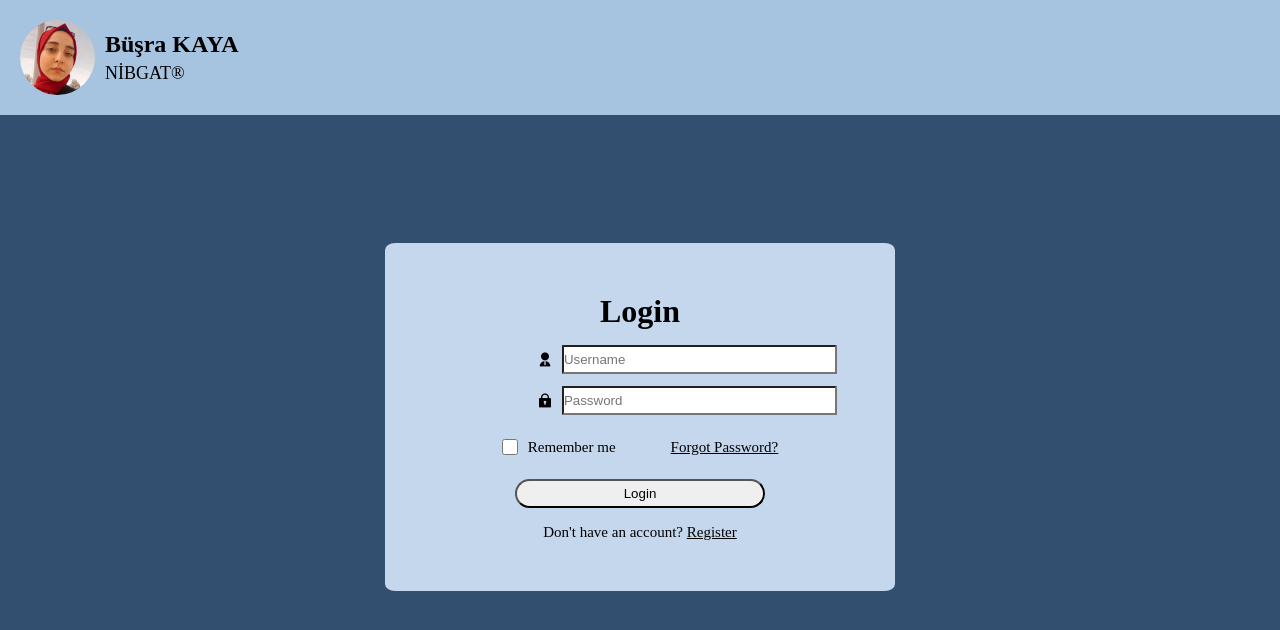
Repository: busra-kayaa/LoginPage
Page: login.html
These files come from the project's save history. The page is drawn as it stood at one moment and after the next save; the edit follows.
The browser window is 1280 px wide. The pictures show the whole page.

Above is the page before, as saved 2024-01-05 18:22:18.

### login.html
<!DOCTYPE html>
<html>
    <head>
        <meta name="author" content="Büşra Kaya"/>
        <title>Login Page</title>
        <link
            rel="stylesheet"
            href="./style.css"
            type="text/css"
        />
        <link
            rel="stylesheet"
            href="https://cdnjs.cloudflare.com/ajax/libs/remixicon/3.5.0/remixicon.css"
            crossorigin=""
        />  <!--Remixicon ikon kitaplığını bağlamak için bir stil dosyasını içerir.-->

    </head>
    <body>
        <div class="header-container">
            <div
                class="header-left-side-container"
            >
                <img
                    src="./busra.jpg"
                    height="75px"
                    width="75px"
                    class="logo"
                />
                <div class="header-desc-container">
                    <span class="header-title">
                        Büşra KAYA
                    </span>
                    <span class="header-content">
                        NİBGAT®
                    </span>
                </div>
            </div>
        </div>
        <div class="login-from-container">
            <div class ="login-text"><h1>Login</h1></div>
            <div class="input-group1">
                <i class="ri-user-2-fill"></i>
                <input
                    type="text"
                    placeholder="Username"
                    class="input-text"
                    autocomplete="off"
                />
            </div>
            <div class="input-group2">
                <i class="ri-lock-2-fill"></i>
                <input
                    type="password"
                    placeholder="Password"
                    class="input-text"
                    autocomplete="off"
                />
            </div>
            <div class="login__check">
                <div class="login__check-box">
                   <input type="checkbox" class="login__check-input" id="user-check">
                   <label for="user-check" class="login__check-label">Remember me</label>
                </div>

                <a href="#" target="_blank" class="login__forgot">Forgot Password?</a>
             </div>

             <button onclick="alert('Başarıyla Giriş Yaptınız.')" type="submit" class="login__button">Login</button>

             <div class="login__register">
                Don't have an account? <a href="#"  target="_blank">Register</a>
             </div>
        </div>
    </body>
</html>

### style.css

* {
    padding: 0;
    margin: 0;
}

body {
    background-color: #334F70;
}

.header-container {
    justify-content: space-between;
    background-color: #A6C4E0;
    flex-direction: row;
    align-items: center;
    padding: 20px;
    display: flex;
    margin-bottom: 10%;
}
.header-left-side-container {
    flex-direction: row;
    align-items: center;
    display: flex;
}

.logo {
    border-radius: 50%;
    margin-right: 10px;
}

.header-desc-container {
    display: flex;
    flex-direction: column;
}

.header-title {
    display: flex;
    flex-direction:column;
    font-weight: bold;
    font-size: 24px;
    margin-bottom: 5px;
}

.header-content {
    font-weight:normal;
    font-size: 18px;
    color:rgb(0, 0, 0);
}

.login-from-container {
    background-color: #C5D7ED;
    display: flex;
    border-radius: 2%;
    flex-direction: column;
    align-items: center;
    text-align: center;
    margin: auto;
    width: 32%;
    padding: 50px;
}

.login-text {
    padding-bottom: 15px;
}

.input-group1 {
    display: grid;
    grid-template-columns: 1fr max-content;
    column-gap: .55rem;
    align-items: center;
    margin-bottom: 3%;
}

.input-group1 i {
    font-size: 100 200 px;
}

.input-group2 {
    display: grid;
    grid-template-columns: 1fr max-content;
    column-gap: .55rem;
    align-items: center;

}

.input-group2 i {
    font-size: 100 200 px;
}
.input-text {
    display: flex;
    flex-direction: column;
    width: 150%;
    height: 25px;
    border-radius: 1%;
}

.login__check,
.login__check-box {
    display: flex;
    justify-content: space-between;
    align-items: center;
}

.login__check {
    font-size: 15px;
    margin-top: 1rem;
    margin-bottom: 1rem;
    gap: 55px;
}

.login__check-box {
    column-gap: 10px;
}

.login__check-input {
    width: 1rem;
    height: 2rem;
}

.login__forgot {
    color: black;
}

.login__forgot:hover {
    text-decoration: underline;
}

.login__button {
    width: 250px;
    padding: 5px;
    margin-bottom: 1rem;
    border-radius: 4rem;
    color: var(--black-color);
    font-weight: 500;
}

.login__button:hover {
    background-color: var(--highlight-color);
    color: var(--white-color);
}

.login__button:hover{
    opacity: 0.75;
    cursor: pointer;
}

.login__button:active{
    transform: translateY(2px);
}

.login__register {
    font-size: 15px;
    text-align: center;
}

.login__register a {
    color: var(--white-color);
    font-weight: 500;
}

.login__register a:hover {
    text-decoration: underline;
}

After the next save:
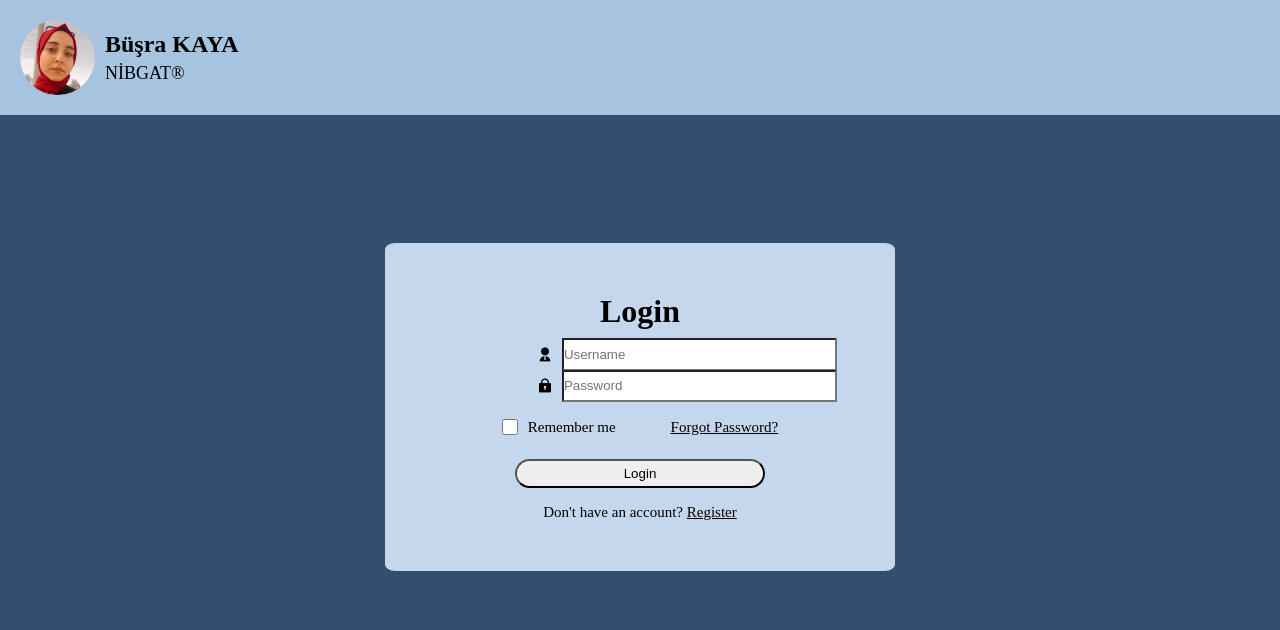
Saved 6 s later.
--- a/style.css
+++ b/style.css
@@ -90,7 +90,7 @@
     display: flex;
     flex-direction: column;
     width: 150%;
-    height: 25px;
+    height: 150%;
     border-radius: 1%;
 }
 

After the save that followed:
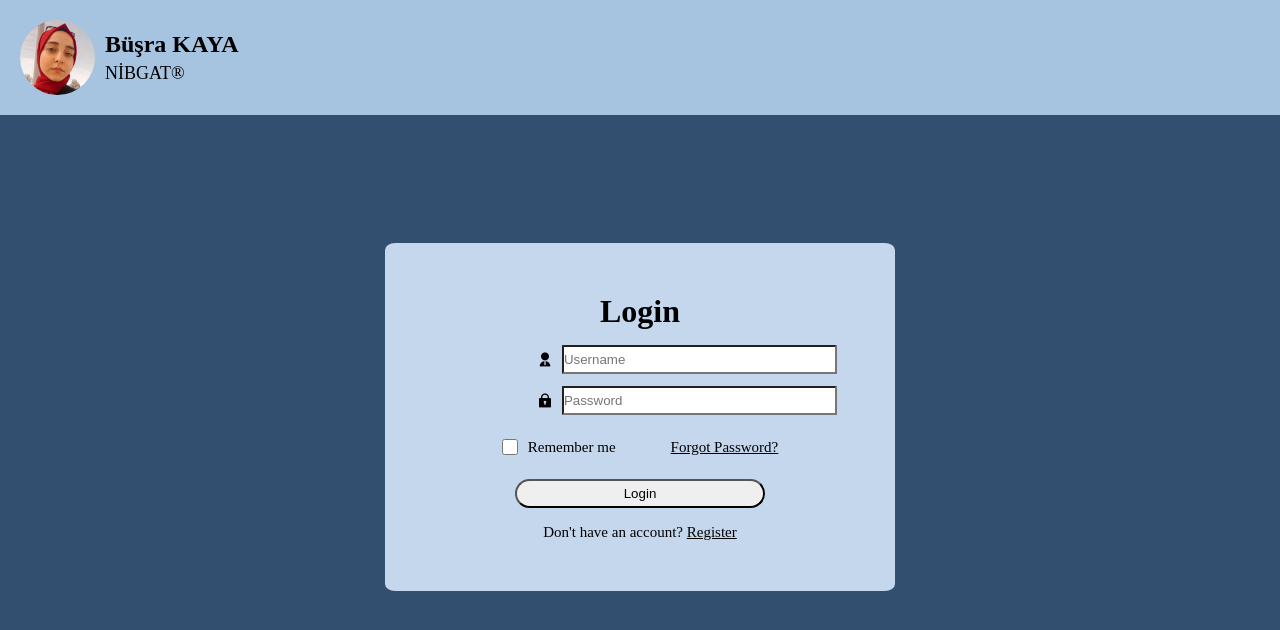
Saved 17 s later.
--- a/style.css
+++ b/style.css
@@ -90,7 +90,7 @@
     display: flex;
     flex-direction: column;
     width: 150%;
-    height: 150%;
+    height: 25px;
     border-radius: 1%;
 }
 
